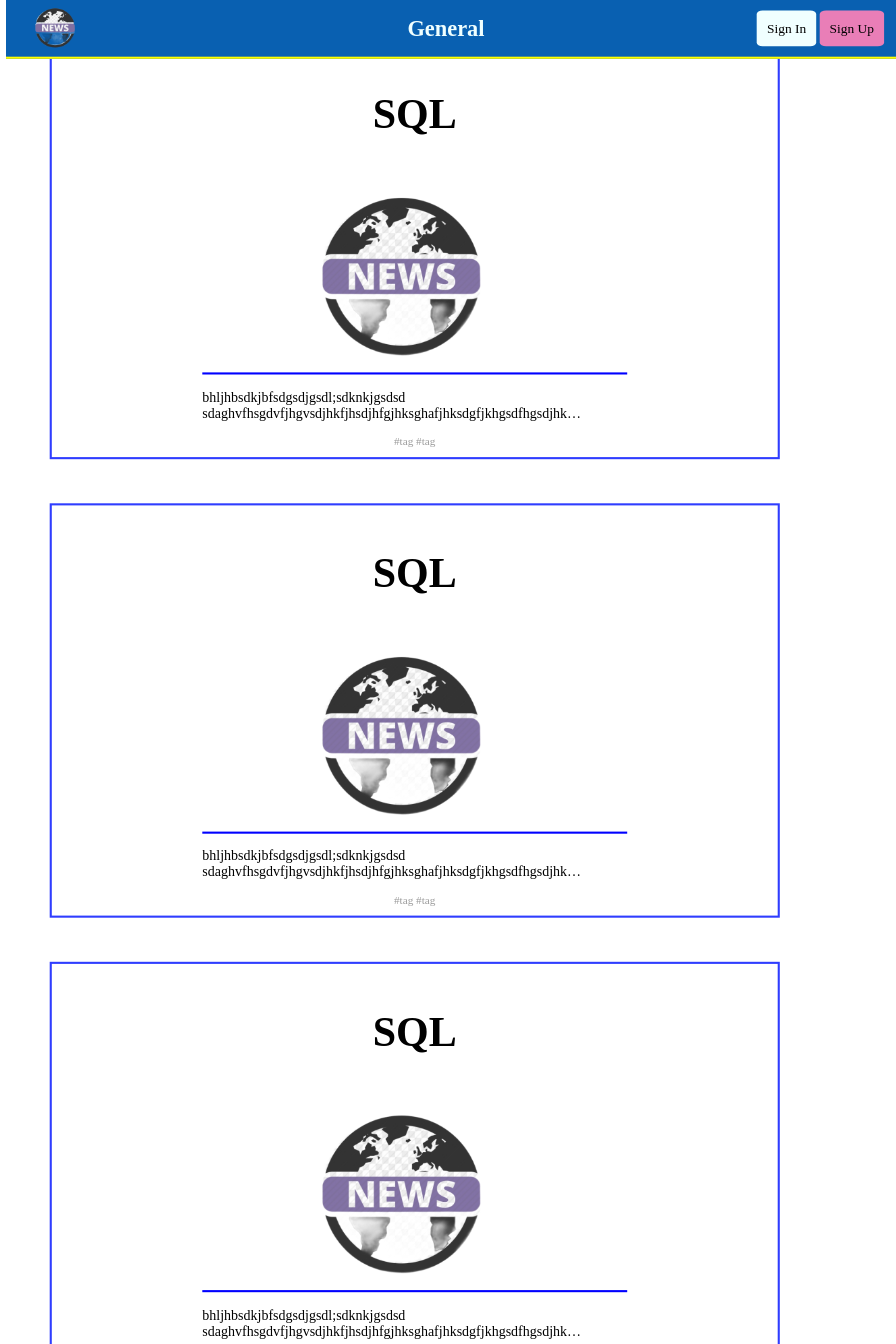
Repository: Batyr2024/NewsSite-Frontend-React-Redux-
Page: /
These files come from the project's save history. The page is drawn as it stood at one moment and after the next save; the edit follows.
The browser window is 1280 px wide. The pictures show the part of the page from y = 0 to 1920 px (the page is 3996 px tall before and 4014 px after), at 70% of full size.
The project was rebuilt for these pictures with package versions that can differ from the ones it lists, and the page was loaded fresh each time. Also part of the build but not shown: src/App.css.

Above is the page before, as saved 2024-05-20 16:36:29.

After the next save:
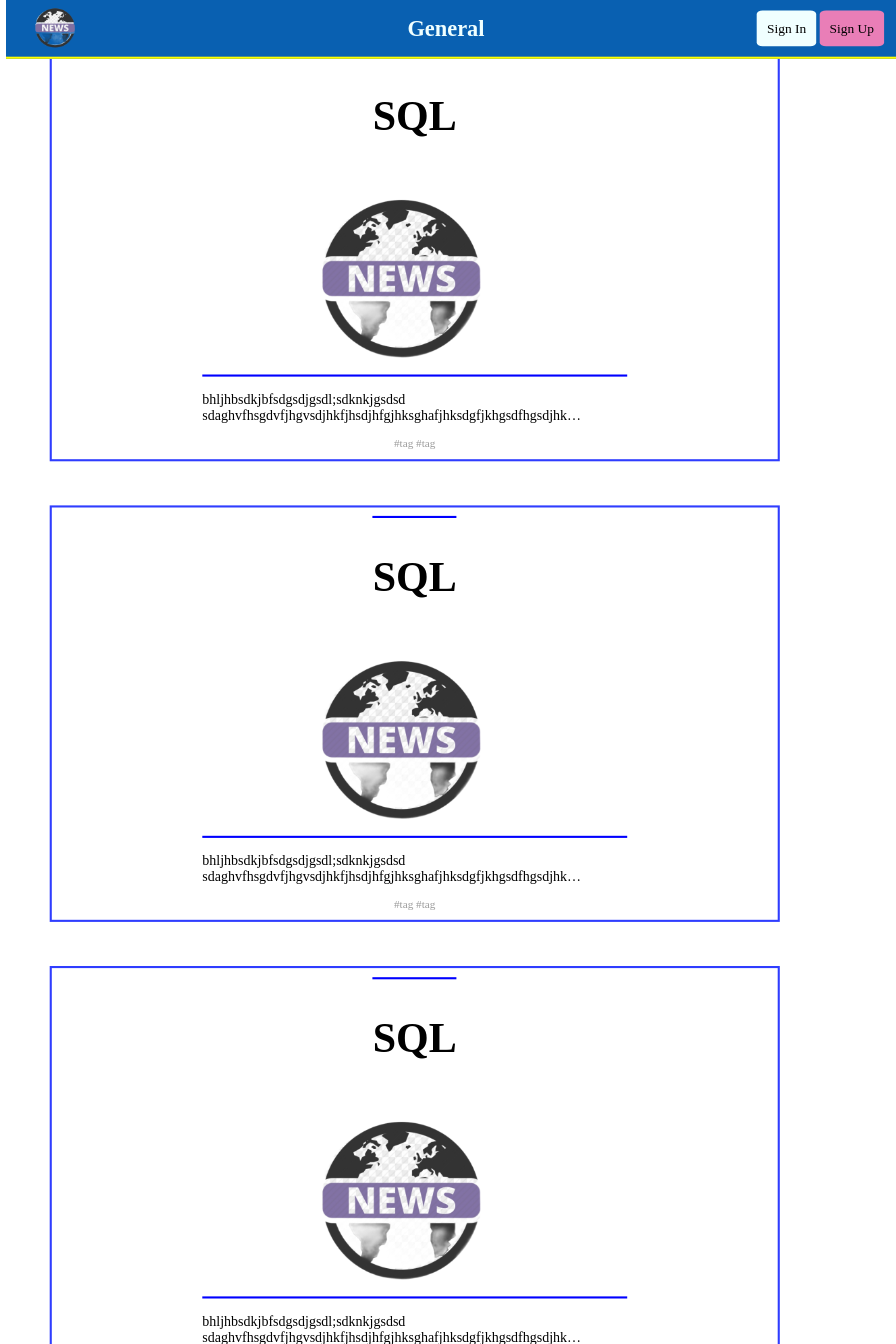
Saved 6 s later.
--- a/src/components/Post/post.style.css
+++ b/src/components/Post/post.style.css
@@ -13,6 +13,7 @@
     display: flex;
     justify-content: center;
     font-size: 40px;
+    border-top: solid blue;
 
 }
 .post__image{
